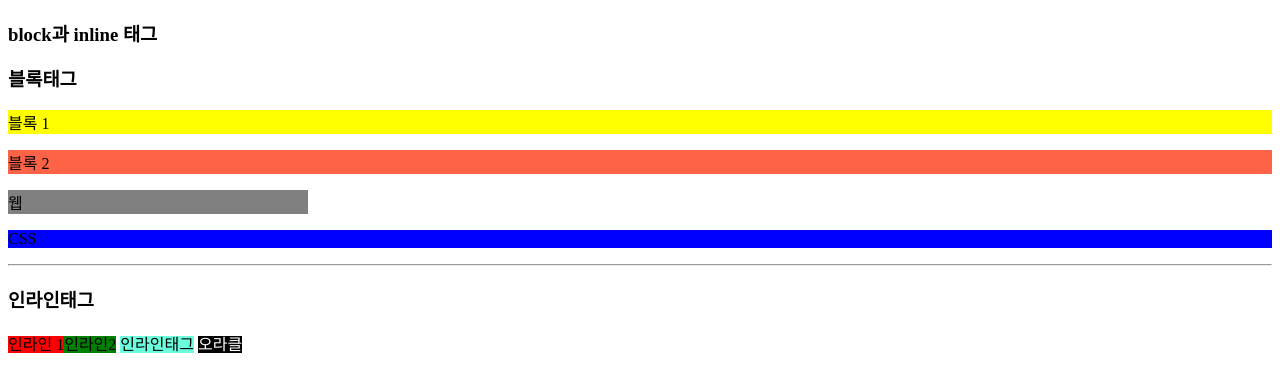
Repository: JiYoon0712/HTML_CSS_javascript
Page: work/study/src/main/webapp/htmlEx/ch02/ex04.html
An editor plug-in stored every save of this project. The page is shown before and after the next save, followed by the edit.
The browser window is 1280 px wide. The pictures show the whole page.

Above is the page before, as saved 2023-04-03 02:40:13.

After the next save:
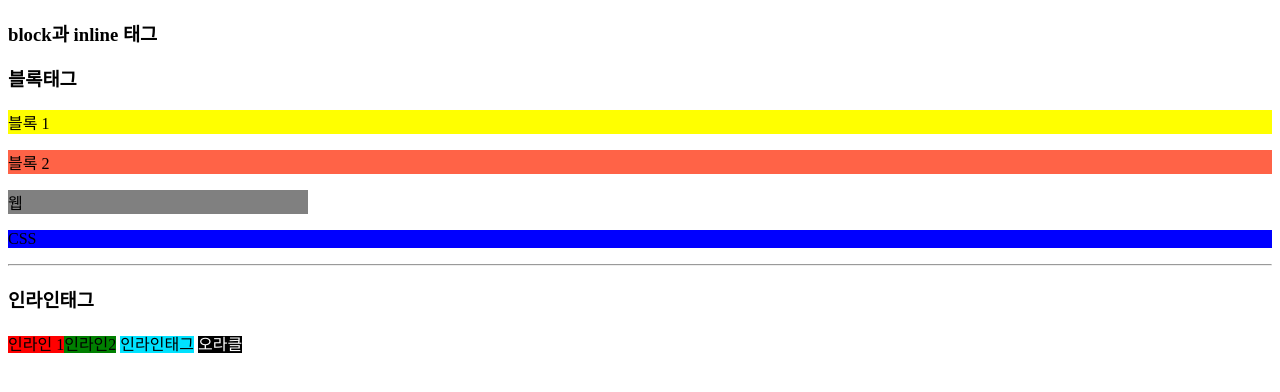
Saved 67 s later.
--- a/work/study/src/main/webapp/htmlEx/ch02/ex04.html
+++ b/work/study/src/main/webapp/htmlEx/ch02/ex04.html
@@ -21,7 +21,7 @@
 
 <h3>인라인태그</h3>
 <span style="background: red;">인라인 1</span><span style="background: green;">인라인2</span>
-<span style="background: #6cffdd;">인라인태그</span>
+<span style="background: #00e2ff;">인라인태그</span>
 <span style="width:300px; background: black; color:white;">오라클</span>
 	<!-- 인라인 태그는 줄바꿈이 일어나지 않음 -->
 	<!-- 인라인 태그 폭은 content 폭과 동일 -->

After the save that followed:
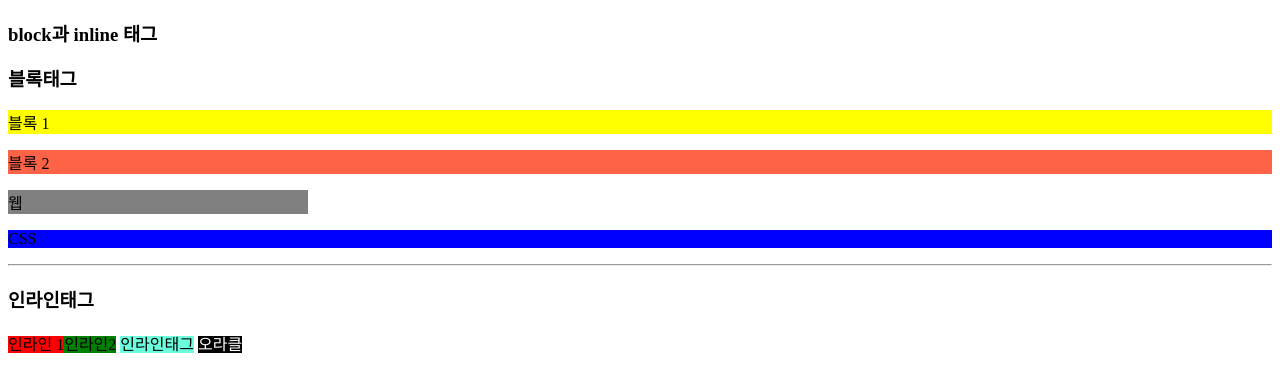
Saved 17 s later.
--- a/work/study/src/main/webapp/htmlEx/ch02/ex04.html
+++ b/work/study/src/main/webapp/htmlEx/ch02/ex04.html
@@ -21,7 +21,7 @@
 
 <h3>인라인태그</h3>
 <span style="background: red;">인라인 1</span><span style="background: green;">인라인2</span>
-<span style="background: #00e2ff;">인라인태그</span>
+<span style="background: #6cffdd;">인라인태그</span>
 <span style="width:300px; background: black; color:white;">오라클</span>
 	<!-- 인라인 태그는 줄바꿈이 일어나지 않음 -->
 	<!-- 인라인 태그 폭은 content 폭과 동일 -->
